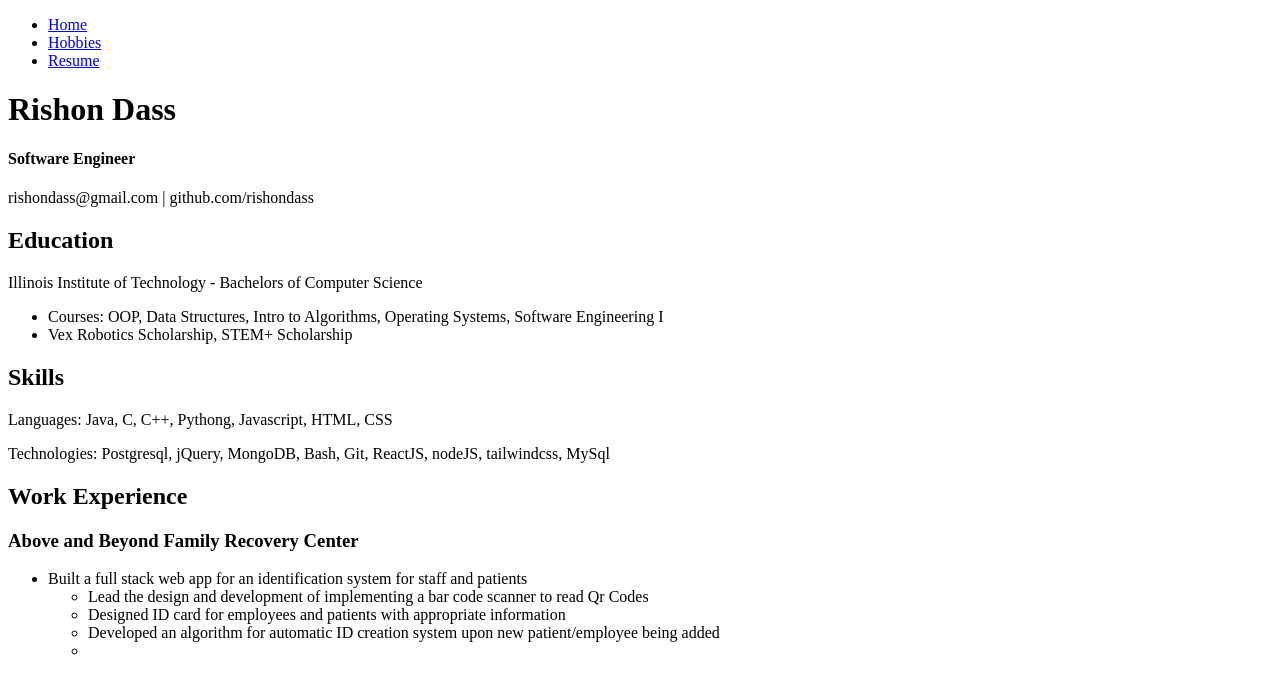
Repository: rishondass/ITMD361-Project1
Page: resume.html
An editor plug-in stored every save of this project. The page is shown before and after the next save, followed by the edit.
The browser window is 1280 px wide. The pictures show the whole page.

Above is the page before, as saved 2023-02-22 15:23:29.

After the next save:
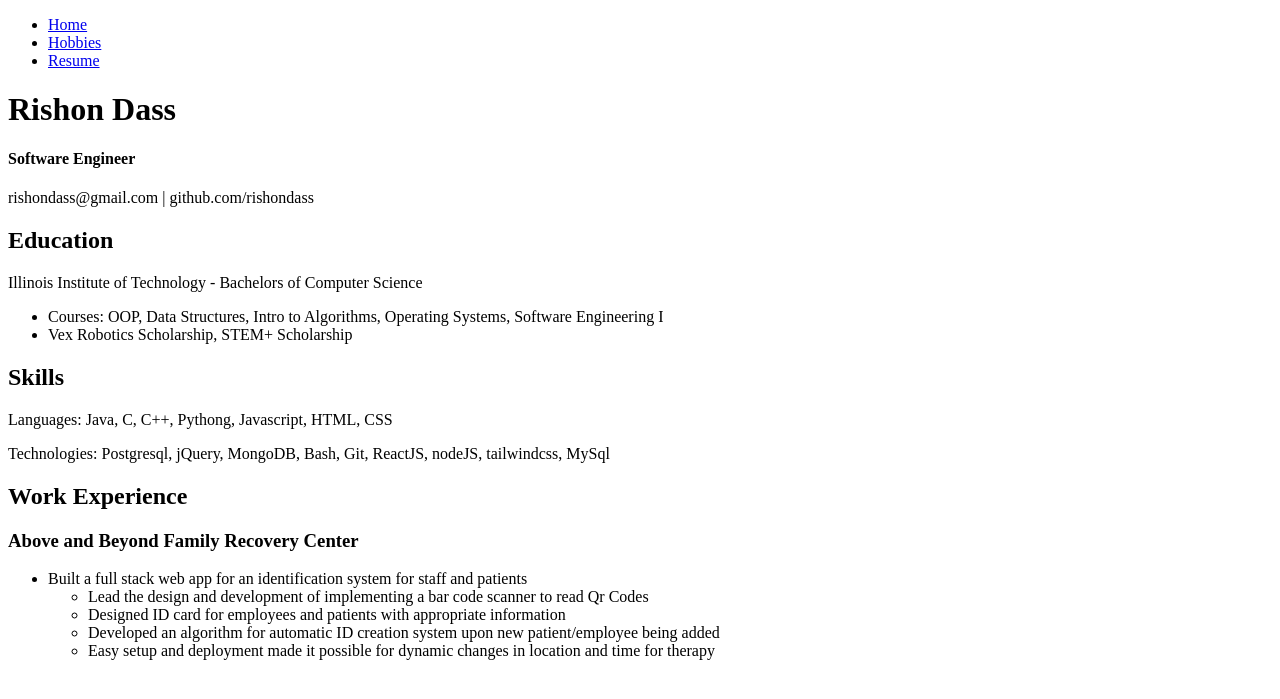
Saved 6 s later.
--- a/resume.html
+++ b/resume.html
@@ -78,7 +78,7 @@
                         Developed an algorithm for automatic ID creation system upon new patient/employee being added
                     </li>
                     <li>
-
+                        Easy setup and deployment made it possible for dynamic changes in location and time for therapy
                     </li>
                 </ul>
             </li>
